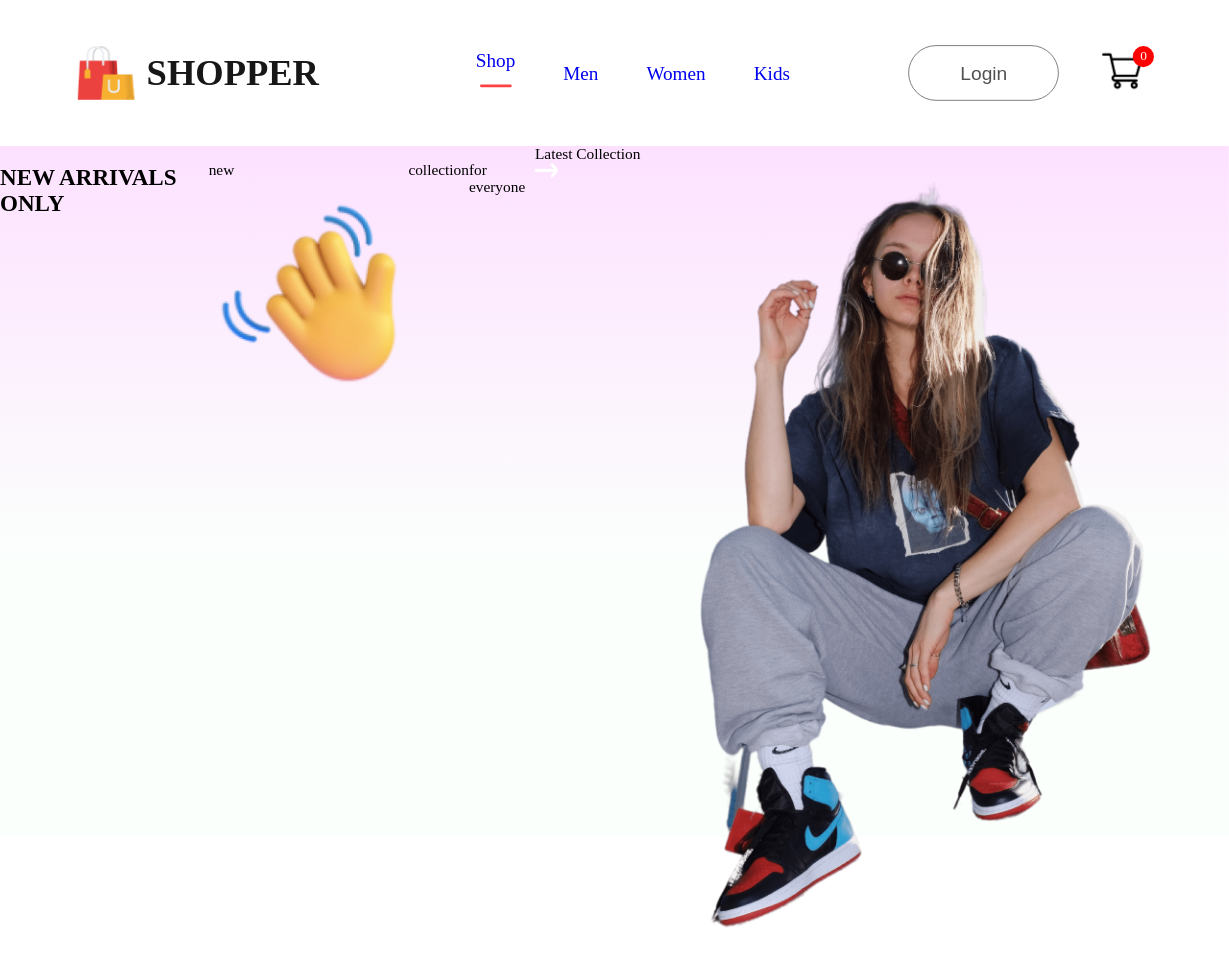
Repository: Ego-Wolf/Deploy-Reactjs-Websites
Page: /
An editor plug-in stored every save of this project. The page is shown before and after a run of saves, followed by the edit.
The browser window is 1280 px wide. The pictures show the whole page, at 96% of full size.
The project was rebuilt for these pictures with package versions that can differ from the ones it lists, and the page was loaded fresh each time. Also part of the build but not shown: src/App.css, src/Pages/ShopCategory.jsx, src/Pages/Product.jsx, src/Pages/LoginSignup.jsx. Imported but missing from the stored project, and not drawn on this page: src/Pages/Cart.

Above is the page before, as saved 2023-11-17 19:25:58.

After the next 4 saves:
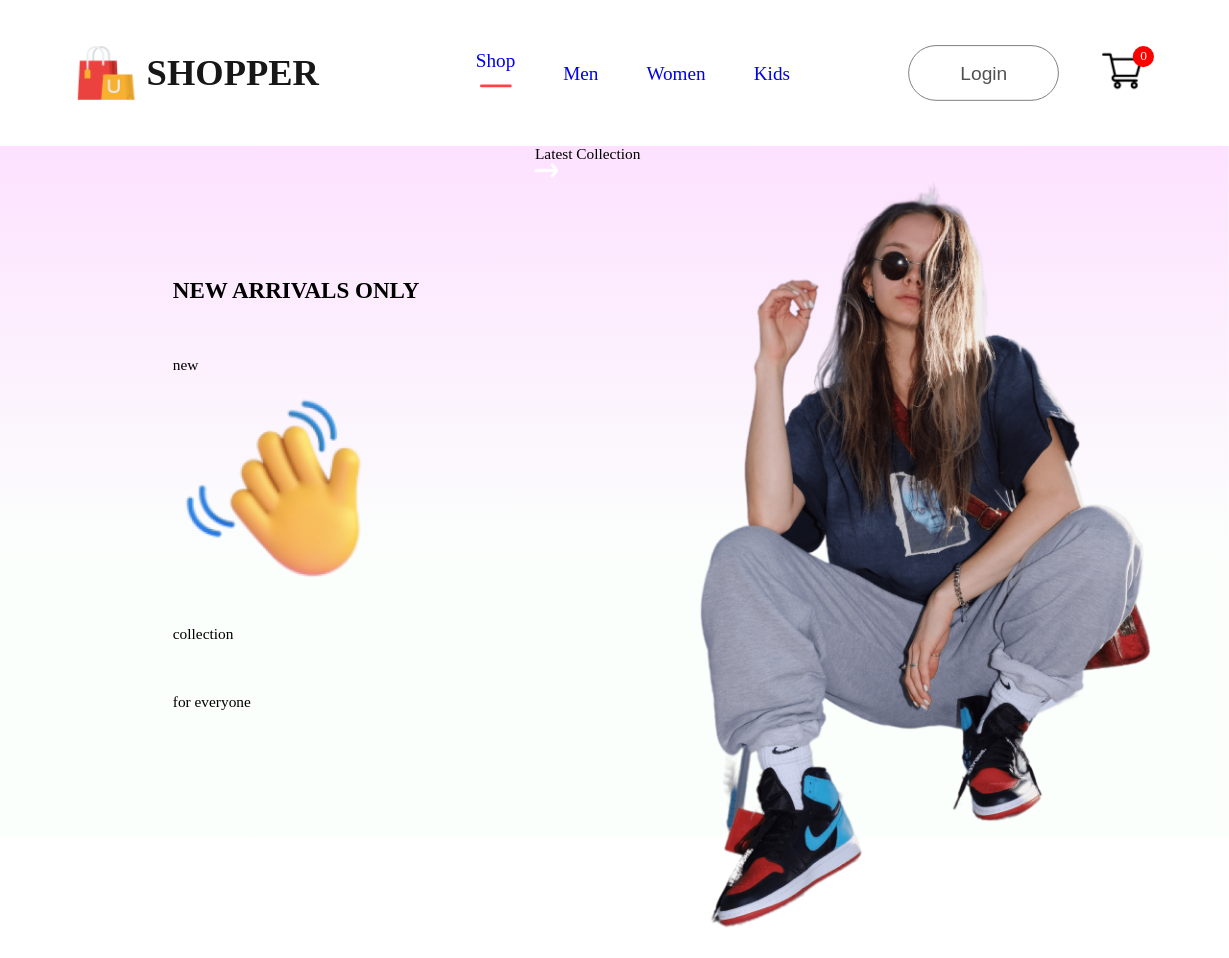
The 4 saves are shown as one change because they came seconds apart.
The last was saved 19 s later.
--- a/src/Components/Hero/Hero.css
+++ b/src/Components/Hero/Hero.css
@@ -7,5 +7,9 @@
 .hero-left {
     flex: 1;
     display: flex;
-    fdic
+    flex-direction: column;
+    justify-content: center;
+    gap: 20px;
+    padding-left: 180px;
+    line-height: 1.1;
 }
